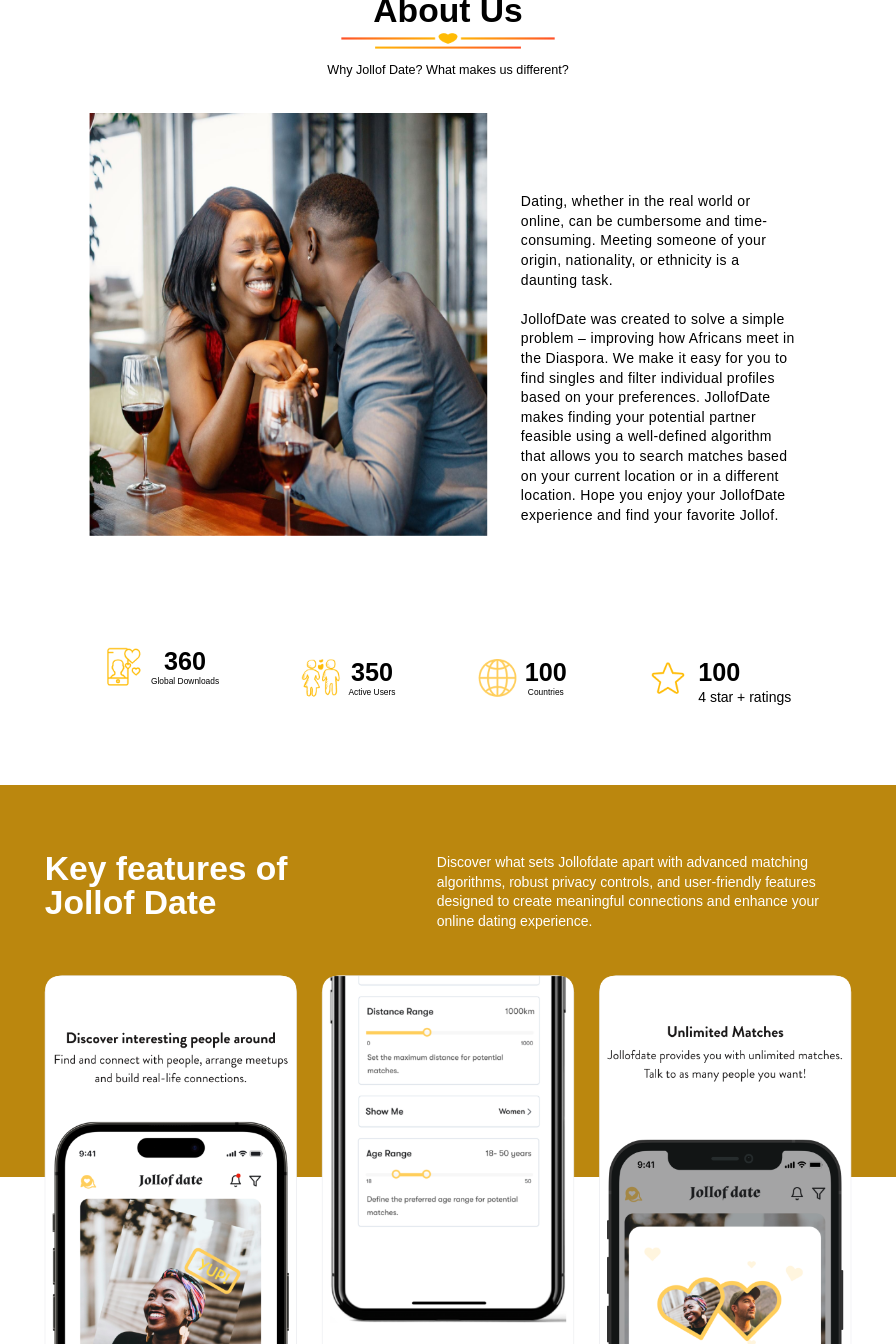
Repository: FarhanNasiru/jollofdate-frontend
Page: /
An editor plug-in stored every save of this project. The page is shown before and after the next save, followed by the edit.
The browser window is 1280 px wide. The pictures show the part of the page from y = 1088 to 3008 px (the page is 7548 px tall), at 70% of full size.
Some web fonts or font styles are not loaded; a fallback is used. The project was rebuilt for these pictures with package versions that can differ from the ones it lists, and the page was loaded fresh each time. Also part of the build but not shown: vite.config.js, src/Pages/Footer2.jsx, src/components/Header2.jsx, src/Pages/privacy.jsx, src/Pages/Term.jsx.

Above is the page before, as saved 2024-08-20 06:43:49.

### index.html
<!doctype html>
<html lang="en">
  <head>
    <meta charset="UTF-8" />
    <link rel="icon" type="image/svg+xml" href="/vite.svg" />
    <meta name="viewport" content="width=device-width, initial-scale=1.0" />
    <title>Jellof Date</title>
  </head>
  <body>
    <div id="root"></div>
    <script type="module" src="/src/main.jsx"></script>
  </body>
</html>

### src/App.jsx
import { BrowserRouter as Router, Route, Routes } from "react-router-dom";
import Header from "./components/Header";
import Home from "./Pages/Home";
import Privacy from "./Pages/privacy";
import Terms from "./Pages/Term";
import "./index.css";
const App = () => {
  return (
    <Router>
      <Header />
      <main>
        <Routes>
          <Route path="/" element={<Home />} />
          <Route path="/privacy" element={<Privacy />} />
          <Route path="/terms" element={<Terms />} />
        </Routes>
      </main>
    </Router>
  );
};

export default App;

### src/index.css
@import url('https://fonts.cdnfonts.com/css/hvdtrial-brandon-grotesque');
@import url('https://fonts.googleapis.com/css2?family=Almendra:ital,wght@0,400;0,700;1,400;1,700&display=swap');
@import "slick-carousel/slick/slick.css";
@import "slick-carousel/slick/slick-theme.css";

@tailwind base;
@tailwind components;
@tailwind utilities;

### src/Pages/Home.jsx
import Faq from "../components/Faq";
import Testimonials from "../components/Testimonials";
import Community from "../components/Community";
import How from "../components/Howitworks";
import Features from "../components/Features";
import About from "../components/Aboutus";
import Download from "../components/Download";
import Footer from "../components/Footer";
import Header from "../components/Header";

function Home() {
  return (
    <main className=" bg-white justify-center font-HvDTrial">
      <Header />
      <section
        id="home"
        className="pl-8 pr-8 justify-center bg-center bg-no-repeat items-center w-full lg:pt-64 lg:pb-9 bg-[url('/Images/Home-bg.png')] h-auto"
      >
        <h1 className="  text-wrap text-white text-7xl md:text-7xl  font-medium md:font-semibold text-center pt-32 pb-14 h-auto">
          Africans. Meet. Date. Connect.{" "}
        </h1>
        <p className=" text-2xl px-6 text-center text-white font-normal md:text-3xl">
          Begin your journey to a lifetime of happiness, success, progress, and
          bliss.
          <br /> Your happiness starts here. Let’s go!
        </p>
        <div className=" flex justify-center pt-12 flex-wrap pb-16">
          <a
            href="#"
            className="bg-transparent text-black px-1 py-1 rounded flex items-center"
          >
            <img
              src="/Images/Googleplay-whitesvg.svg"
              alt="Google Play"
              className="w-full h-full img-center"
            />
          </a>
          <a
            href="#"
            className="bg-transparent text-black px-4 py-2 rounded flex items-center"
          >
            <img
              src="/Images/Applestore-white.png"
              alt="App Store"
              className="w-full h-full mr-2"
            />
          </a>
        </div>
        <div className=" justify-center ">
          <a href="#footer">
            <img
              src="/Images/Home-arrow.png"
              alt=""
              className=" hidden md:flex justify-center m-auto md:pb-32"
            />
          </a>
        </div>
      </section>
      <About />
      <Features />
      <How />
      <Community />
      <Testimonials />
      <Faq />
      <Download />
      <Footer />
    </main>
  );
}

export default Home;

### src/components/Faq.jsx
import { useState } from "react";

function Faq() {
  const [openIndexes, setOpenIndexes] = useState([]);

  const toggleDropdown = (index) => {
    if (openIndexes.includes(index)) {
      setOpenIndexes(openIndexes.filter((i) => i !== index));
    } else {
      setOpenIndexes([...openIndexes, index]);
    }
  };

  const faqItems = [
    "How can I create my profile on the app?",
    "How can I create my profile on the app?",
    "How can I create my profile on the app?",
    "How can I create my profile on the app?",
    "How can I create my profile on the app?",
    "How can I create my profile on the app?",
  ];

  return (
    <section id="frequently-asked-questions" className="pb-14 sm:px-9">
      <div className="sm:pb-20 md:pb-12">
        <h2 className="text-2xl md:text-3xl font-bold text-center pt-24">
          Frequently Asked Questions
        </h2>
        <div className="flex justify-center py-4">
          <img src="/Images/love-logo.png" alt="" className=" md:w-auto" />
        </div>
        <h3 className="text-center text-lg">
          You have questions? Check here for answers
        </h3>
      </div>
      <div className="text-left sm:text-wrap px-4">
        {faqItems.map((item, index) => (
          <div key={index} className=" mx-auto mt-3">
            <div
              className={`flex pt-7 pl-16 pr-12 pb-6 justify-between cursor-pointer ${
                openIndexes.includes(index)
                  ? "bg-customYellow1 font-bold text-black text-xl rounded-t-md"
                  : "bg-bright text-black text-lg border-solid border rounded-lg border-customYellow1"
              }`}
              onClick={() => toggleDropdown(index)}
            >
              <p className="text-xl font-medium">{item}</p>
              {openIndexes.includes(index) ? (
                <div className="h-6 w-6">
                  <img src="/Jellofdate/add.svg" alt="" />
                </div>
              ) : (
                <div className="h-6 w-6">
                  <img src="/Jellofdate/add2.svg" alt="" className="bg-white" />
                </div>
              )}
            </div>
            {openIndexes.includes(index) && (
              <div className="p-4 bg-customYellow1 rounded-b-md shadow pt-7 pl-16 pr-12 pb-8">
                <p className=" xl:w-custom3text-xl md:text-wrap sm:text-balance">
                  Begin your journey to a lifetime of happiness, success,
                  progress and bliss. Begin your journey to a lifetime of
                  happiness, success, progress and bliss. Begin your journey to
                  a lifetime of happiness, success, progress and bliss. Begin
                  your journey to a lifetime of happiness, success, progress and
                  bliss. Begin your journey to a lifetime of happiness, success,
                  progress and bliss. Begin your journey to a lifetime of
                  happiness, success, progress and bliss. Begin your journey to
                  a lifetime of happiness, success, progress and bliss.
                </p>
              </div>
            )}
          </div>
        ))}
      </div>
    </section>
  );
}

export default Faq;

### src/components/Testimonials.jsx
import { Carousel } from "antd";

function Testimonials() {
  const contentStyle = {
    height: "auto",
    color: "#fff",
    lineHeight: "40px",
    textAlign: "center",
    background: "transparent",
  };

  const testimonials = [
    {
      quote:
        "“Other dating apps were like shooting fish in a barrel. But my girlfriend and I clicked right away on Jollofdate, and the conversation was effortless. We’ve been together for over a year.”",
      name: "Caitlyn King",
    },
    {
      quote:
        "“Other dating apps were like shooting fish in a barrel. But my girlfriend and I clicked right away on Jollofdate, and the conversation was effortless. We’ve been together for over a year.”",
      name: "Crystabel lyn",
    },
    {
      quote:
        "“Other dating apps were like shooting fish in a barrel. But my girlfriend and I clicked right away on Jollofdate, and the conversation was effortless. We’ve been together for over a year.”",
      name: "David Johnson",
    },
    {
      quote:
        "“Other dating apps were like shooting fish in a barrel. But my girlfriend and I clicked right away on Jollofdate, and the conversation was effortless. We’ve been together for over a year.”",
      name: "King Micheal",
    },
  ];

  return (
    <section id="testimonials" className="p-8 pt-24">
      <div>
        <h2 className="text-5xl font-bold text-center p-2">Testimonials</h2>
        <div className="flex justify-center pb-5 md:pb-6">
          <img src="/Images/love-logo.png" alt="Love Logo" />
        </div>
        <h3 className="text-center text-lg">
          Read what our existing users have to say
        </h3>
      </div>
      <div className="text-center pt-9 pb-16 text-black">
        <Carousel autoplay>
          {testimonials.map((testimonial, index) => (
            <div key={index}>
              <div style={contentStyle}>
                <h1 className="text-black text-center m-auto font-normal text-2xl text-wrap">
                  {testimonial.quote}
                </h1>
                <div className="flex justify-center py-3">
                  {[...Array(5)].map((_, i) => (
                    <img
                      key={i}
                      src="/Images/Star.svg"
                      alt="Star"
                      className="mx-1"
                    />
                  ))}
                </div>
                <p className="text-center text-black text-lg pb-8">
                  {testimonial.name}
                </p>
              </div>
            </div>
          ))}
        </Carousel>
      </div>
    </section>
  );
}

export default Testimonials;

### src/components/Community.jsx
function Community() {
  return (
    <div>
      <section
        id="Community"
        className="bg-custom-radial flex flex-col items-center justify-center mb-28 px-6 pt-8"
      >
        <div className="space-y-8 text-center text-black">
          <div>
            <h1 className="text-3xl sm:text-4xl md:text-5xl font-bold">
              Join the
            </h1>
            <h2 className="text-3xl sm:text-4xl md:text-5xl font-bold">
              Jollof Date Community
            </h2>
          </div>
          <div className="w-full sm:w-4/5 md:w-3/5 lg:w-custom9 mx-auto">
            <h3 className="text-sm sm:text-base font-normal">
              Download the app from your store and begin your journey to a
              lifetime of happiness, success, progress, and bliss.
            </h3>
          </div>
          <div className="text-center justify-center m-auto gap-3 flex-wrap md:flex space-y-6">
            <a href="" className="w-32 md:w-40 ">
              <img
                src="/Images/Applestore-dark.png"
                alt="Download on the App Store"
                className="m-auto"
              />
            </a>
            <a href="" className="w-32 md:w-40">
              <img
                src="/Images/Googleplay-Dark.png"
                alt="Get it on Google Play"
                className="m-auto"
              />
            </a>
          </div>
        </div>
        <div className="flex justify-center mt-8">
          <img
            src="/Images/threephones.png"
            alt="Three phones showing the app"
            className="w-full sm:w-4/5 md:w-3/5 lg:w-auto"
          />
        </div>
      </section>
    </div>
  );
}

export default Community;

### src/components/Howitworks.jsx
function Howitworks() {
  return (
    <div>
      <section id="how-it-works" className="pt-16 md:pt-72 pb-10">
        <h2 className="text-2xl md:text-3xl font-bold text-center mt-24 md:mt-44 p-2">
          How it works
        </h2>
        <div className="flex justify-center pb-4 md:pb-2">
          <img src="/Images/love-logo.png" alt="" className=" md:w-auto" />
        </div>
        <h3 className="text-center text-sm md:text-base pb-4 md:pb-6">
          A step-by-step guide on how to get started on Jollof Date
        </h3>
        <div className="flex flex-col xl:flex-row p-4 md:p-8 space-y-8 md:space-y-0">
          <div id="picture" className="flex justify-center   space-x-3 ">
            <img
              src="/Images/f-and-j-frame.png"
              alt=""
              className="w-full md:w-auto"
            />
          </div>
          <div className="icon space-y-8 md:space-y-11 md:ml-11">
            <div className="flex gap-4 md:gap-6">
              <img
                src="/Images/sign up.png"
                alt=""
                className="w-12 h-12 md:w-16 md:h-16"
              />
              <div>
                <h1 className="font-bold text-xl md:text-2xl">Sign Up</h1>
                <h2 className="font-normal text-sm md:text-xl">
                  Begin your journey to a lifetime of happiness, success,
                  progress, and bliss.
                </h2>
              </div>
            </div>
            <div className="flex gap-4 md:gap-6">
              <img
                src="/Images/create.png"
                alt=""
                className="w-12 h-12 md:w-16 md:h-16"
              />
              <div>
                <h1 className="font-bold text-xl md:text-2xl">
                  Create Profile and Add Preferences
                </h1>
                <h2 className="font-normal text-sm md:text-xl">
                  Share your interests, hobbies, and a bit about yourself to
                  help us find your perfect match.
                </h2>
              </div>
            </div>
            <div className="flex gap-4 md:gap-6">
              <img
                src="/Images/browse.png"
                alt=""
                className="w-12 h-12 md:w-16 md:h-16"
              />
              <div>
                <h1 className="font-bold text-xl md:text-2xl">
                  Browse and Match
                </h1>
                <h2 className="font-normal text-sm md:text-xl">
                  Use our advanced filters to find people who share your
                  interests and values. Start connecting today.
                </h2>
              </div>
            </div>
            <div className="flex gap-4 md:gap-6">
              <img
                src="/Images/chat.png"
                alt=""
                className="w-12 h-12 md:w-16 md:h-16"
              />
              <div>
                <h1 className="font-bold text-xl md:text-2xl">Chat and Call</h1>
                <h2 className="font-normal text-sm md:text-xl">
                  Get to know your matches better and build connections in a
                  safe and private environment.
                </h2>
              </div>
            </div>
          </div>
        </div>
      </section>
    </div>
  );
}

export default Howitworks;

### src/components/Features.jsx
function Features() {
  return (
    <div>
      <section
        id="features"
        className=" md:p-8 pt-16 md:pt-24 mb-20 md:mb-40 bg-featuresY h-full w-full md:h-custom16"
      >
        <div className="">
          <div className="flex flex-col md:flex-row justify-between m-auto px-4 md:px-8 space-y-4 md:space-y-0">
            <h3 className="text-3xl md:text-5xl font-bold w-full md:w-96 h-auto md:h-36 text-white">
              Key features of Jollof Date
            </h3>
            <h2 className="text-xl w-full md:w-custom4 font-normal text-white">
              Discover what sets Jollofdate apart with advanced matching
              algorithms, robust privacy controls, and user-friendly features
              designed to create meaningful connections and enhance your online
              dating experience.
            </h2>
          </div>
          <div className="flex flex-col md:flex-row h-full space-y-4 md:space-y-0 md:space-x-9 pl-0 md:pl-8 pr-0 md:pr-8 mt-8 w-full">
            <div className="bg-white text-center border rounded-3xl">
              <img
                src="/Images/phone1.png"
                alt=""
                className="w-full md:w-auto"
              />
            </div>
            <div className="bg-white text-center border rounded-3xl md:flex hidden">
              <a href="">
                <img src="/Images/Phone2.png" alt="" className="w-full" />
              </a>
            </div>
            <div className="bg-white text-center border rounded-3xl md:flex hidden">
              <a href="">
                <img src="/Images/Phone3.png" alt="" className="w-full" />
              </a>
            </div>
          </div>
        </div>
      </section>
    </div>
  );
}

export default Features;

### src/components/Aboutus.jsx
function Aboutus() {
  return (
    <div>
      <section id="about-us" className="pt-16 md:pt-24">
        <div className="px-4 md:px-24">
          <h2 className="text-3xl md:text-5xl font-bold text-center p-2">
            About Us
          </h2>
          <div className="flex justify-center pb-4">
            <img src="/Images/love-logo.png" alt="" className="md:14" />
          </div>
          <h3 className="text-center text-base md:text-lg pb-8 md:pb-12">
            Why Jollof Date? What makes us different?
          </h3>
          <div className="flex flex-col xl:flex-row gap-4 lg:gap-8 px-2 lg:px-8 pb-16 lg:pb-32 justify-center">
            <img
              src="/Images/Lovers.png"
              alt=""
              className="w-full xl:w-custom11 h-auto lg:h-custom12 shrink-0"
            />
            <div className="tracking-wide bg-white p-4 md:pt-28 font-normal text-base md:text-xl">
              <p>
                Dating, whether in the real world or online, can be cumbersome
                and time-consuming. Meeting someone of your origin, nationality,
                or ethnicity is a daunting task.
              </p>
              <br />
              <p>
                JollofDate was created to solve a simple problem – improving how
                Africans meet in the Diaspora. We make it easy for you to find
                singles and filter individual profiles based on your
                preferences. JollofDate makes finding your potential partner
                feasible using a well-defined algorithm that allows you to
                search matches based on your current location or in a different
                location. Hope you enjoy your JollofDate experience and find
                your favorite Jollof.
              </p>
            </div>
          </div>
        </div>
        <div className="flex flex-wrap text-center space-y-12 pb-12 lg:pb-28 justify-evenly px-8">
          <div className="flex space-x-3 mt-8">
            <div>
              <img src="/Images/person.png" alt="" />
            </div>
            <div className="">
              <h1 className="font-bold text-4xl">360</h1>
              <h2 className="text-xs">Global Downloads</h2>
            </div>
          </div>
          <div className="flex space-x-3">
            <div>
              <img src="/Images/people.png" alt="" />
            </div>
            <div className="">
              <h1 className="font-bold text-4xl">350</h1>
              <h2 className="text-xs">Active Users</h2>
            </div>
          </div>
          <div className="flex space-x-3">
            <div>
              <img src="/Images/world-o.png" alt="" />
            </div>
            <div className="">
              <h1 className="font-bold text-4xl">100</h1>
              <h2 className="text-xs">Countries</h2>
            </div>
          </div>
          <div className="flex space-x-3">
            <div>
              <img src="/Images/Star2.png" alt="" className="pr-1" />
            </div>
            <div className="">
              <h1 className="font-bold text-4xl justify-start m-auto flex">
                100
              </h1>
              <h2 className="text-xl">4 star + ratings</h2>
            </div>
          </div>
        </div>
      </section>
    </div>
  );
}

export default Aboutus;

### src/components/Download.jsx
function Download() {
  return (
    <section
      id="last"
      className=" mt-20 w-full justify-center bg-customYellow1 md:w-3/4 xl:w-4/5 md:h-full pb-9 m-auto pt-9 p-11 border-0 rounded-2xl -mb-[100px] relative "
    >
      <div className="">
        <div>
          <h1 className="text-center font-normal text-xl pb-3 pl-3 pr-3">
            Your one stop spot for the right relationship
          </h1>
        </div>
        <h3 className="text-center font-bold text-4xl pb-3 lg:">
          Download Jollofdate Now
        </h3>
        <h2 className=" flex text-center justify-center m-auto font-normal xl:w-80 pb-8">
          Begin your journey to a lifetime of happiness, success, progress and
          bliss.
        </h2>
        <div className="text-center md:flex flex-wrap justify-center gap-4 m-auto space-y-7 md:space-y-0 ">
          <img
            src="/Images/Applestore-dark.png"
            alt=""
            className="m-auto md:m-0"
          />
          <img
            src="/Images/Googleplay-Dark.png"
            alt=""
            className="m-auto md:m-0"
          />
        </div>
      </div>
    </section>
  );
}

export default Download;

Loaded but not shown: src/main.jsx (common file); tailwind.config.js (58 lines, source omitted); src/components/Header.jsx (145 lines, source omitted); src/components/Footer.jsx (106 lines, source omitted)

After the next save:
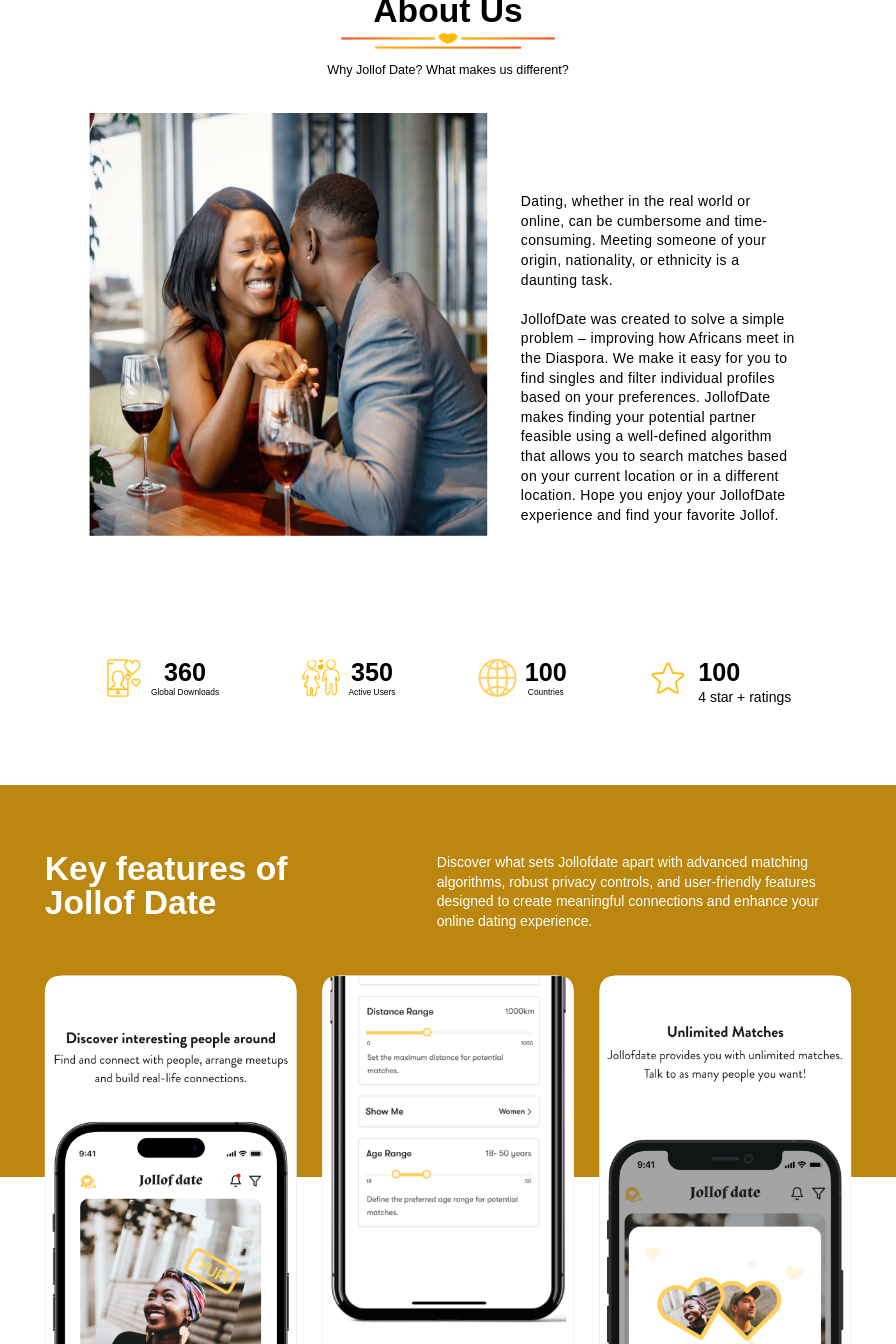
Saved 24 s later.
--- a/src/components/Aboutus.jsx
+++ b/src/components/Aboutus.jsx
@@ -39,7 +39,7 @@
           </div>
         </div>
         <div className="flex flex-wrap text-center space-y-12 pb-12 lg:pb-28 justify-evenly px-8">
-          <div className="flex space-x-3 mt-8">
+          <div className="flex space-x-3 mt-12">
             <div>
               <img src="/Images/person.png" alt="" />
             </div>
